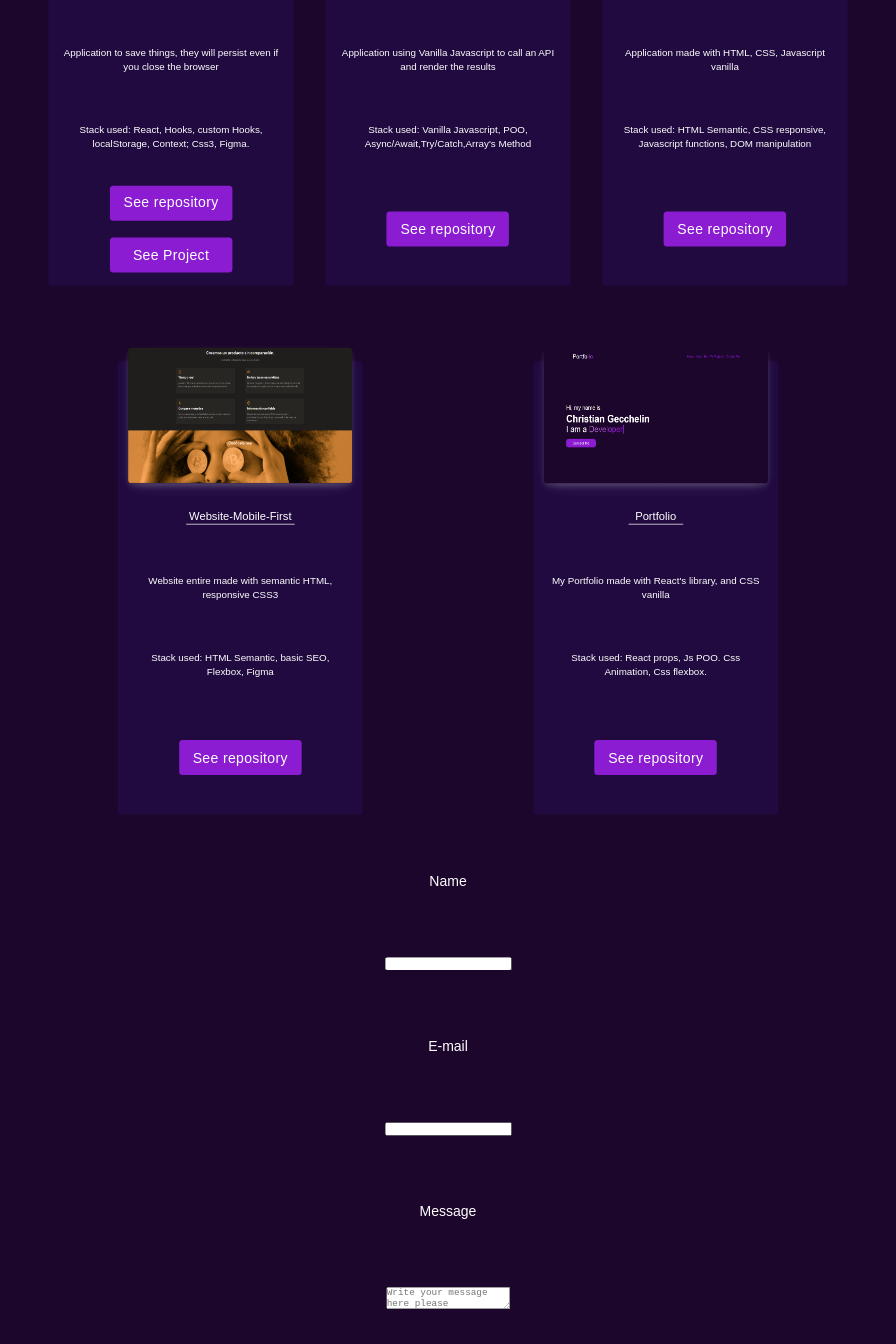
Repository: ChristianGecchelin/portfolio-web
Page: /
These files come from the project's save history. The page is drawn as it stood at one moment and after the next save; the edit follows.
The browser window is 1280 px wide. The pictures show the part of the page from y = 1715 to 3635 px (the page is 3635 px tall), at 70% of full size.
The project was rebuilt for these pictures with package versions that can differ from the ones it lists, and the page was loaded fresh each time.

Above is the page before, as saved 2022-01-22 17:12:46.

### public/index.html
<!DOCTYPE html>
<html lang="en">
  <head>
    <meta charset="utf-8" />
    <link rel="icon" href="%PUBLIC_URL%/favicon.ico" />
    <meta name="viewport" content="width=device-width, initial-scale=1" />
    <meta name="theme-color" content="#000000" />
    <meta name="description" content="Portfolio Online Christian Gecchelin" />
    <link rel="apple-touch-icon" href="%PUBLIC_URL%/logo192.png" />

    <link rel="manifest" href="%PUBLIC_URL%/manifest.json" />

    <title>Portfolio Christian</title>
  </head>
  <body>
    <noscript>You need to enable JavaScript to run this app.</noscript>
    <div id="root"></div>
  </body>
</html>

### src/index.js
import React from "react";
import ReactDOM from "react-dom";

import App from "./App/index";
import "./index.css";
ReactDOM.render(<App />, document.getElementById("root"));

### src/App/index.js
import { AppUI } from "./AppUI";
import "./App.css";

function App() {
  return <AppUI></AppUI>;
}

export default App;

### src/index.css
* {
  box-sizing: border-box;
  margin: 0;
  padding: 0;
}
html {
  font-size: 62.5%;
  font-family: "DM Sans", sans-serif;
}
body {
  background: #1d062b;
  width: 100%;
  height: 100vh;
}

### src/App/AppUI.js
import React from "react";
import { Header } from "../Header/Index.js";
import { Home } from "../Home/Index.js";
import { AboutMe } from "../AboutMe/index.js";
import { MyProjects } from "../MyProjects/index.js";
import { ContactMe } from "../ContactMe/index.js";
import "./App.css";

function AppUI() {
  return (
    <>
      <Header />
      <Home />
      <AboutMe />
      <MyProjects />
      <ContactMe />
    </>
  );
}
export { AppUI };

### src/Header/Index.js
import React from "react";
import { NavBar } from "./NavBar";
import "./header.css";

function Header() {
  return (
    <header>
      <h1>
        Portfo<span>lio.</span>
      </h1>
      <NavBar />
    </header>
  );
}
export { Header };

### src/Home/Index.js
import React from "react";
import "./Home.css";
function Home() {
  return (
    <section className="Home-container">
      <div className="text-container">
        <p className="first-lineText">Hi, my name is</p>
        <p className="principal-lineText">Christian Gecchelin</p>
        <p className="secondary-lineText">I am a</p>
        <div className="span-container">
          <span data-text="Developer">Developer </span>
        </div>
      </div>
      <button type="button" className="contact-button">
        Contact Me
      </button>
    </section>
  );
}
export { Home };

### src/AboutMe/index.js
import React from "react";
import "./AboutMe.css";
import profile from "../Assets/profile.jpg";
function AboutMe() {
  return (
    <section className="AboutMe-container">
      <div className="image-container">
        <img
          className="image"
          src={profile}
          alt="Christian Gecchelin"
          title="Christian Gecchelin"
        ></img>
      </div>
      <div className="information-container">
        <p className="">
          Hi I'm Christian, I am a <b>ReactJs</b> junior developer. You can see
          all my projects in the next slide. I have project based on frontEnd
          technologies like HTML5, CSS3, vanilla JavaScript and also ReactJs.
          I'm looking for my first professional experience as an employee.
        </p>
        <button>Curriculum</button>
      </div>
    </section>
  );
}
export { AboutMe };

### src/MyProjects/index.js
import React from "react";
import ToDoApp from "../Assets/to-do-app.png";
import Rick from "../Assets/rick.png";
import Calculator from "../Assets/calculator.png";
import Mobile from "../Assets/mobile.png";
import Portfolio from "../Assets/portfolio.png";
import "./MyProjects.css";
function MyProjects() {
  return (
    <section className="project-section">
      <div className="vh-container">
        <div className="project-card">
          <img
            className="card-image"
            src={ToDoApp}
            alt="ToDoAppImage"
            title="ToDoAppImage"
          ></img>
          <div className="card-text-container">
            <h3 className="card-title">To-Do-App</h3>
            <p className="card-text">
              Application to save things, they will persist even if you close
              the browser
            </p>
            <p className="card-text">
              Stack used: React, Hooks, custom Hooks, localStorage, Context;
              Css3, Figma.
            </p>
          </div>
          <div className="button-container">
            <button>See repository</button>
            <button>See Project</button>
            {/* Crear componentes botones */}
          </div>
        </div>
      </div>
      <div className="vh-container">
        <div className="project-card">
          <img
            className="card-image"
            src={Rick}
            alt="ToDoAppImage"
            title="ToDoAppImage"
          ></img>
          <div className="card-text-container">
            <h3 className="card-title xl">Rick And Morty</h3>
            <p className="card-text">
              Application using Vanilla Javascript to call an API and render the
              results
            </p>
            <p className="card-text">
              Stack used: Vanilla Javascript, POO, Async/Await,Try/Catch,Array's
              Method
            </p>
          </div>
          <div className="button-container">
            <button>See repository</button>
            {/* Crear componentes botones */}
          </div>
        </div>
      </div>
      <div className="vh-container">
        <div className="project-card">
          <img
            className="card-image"
            src={Calculator}
            alt="ToDoAppImage"
            title="ToDoAppImage"
          ></img>
          <div className="card-text-container">
            <h3 className="card-title">Calculator</h3>
            <p className="card-text">
              Application made with HTML, CSS, Javascript vanilla
            </p>
            <p className="card-text">
              Stack used: HTML Semantic, CSS responsive, Javascript functions,
              DOM manipulation
            </p>
          </div>
          <div className="button-container">
            <button>See repository</button>
            {/* Crear componentes botones */}
          </div>
        </div>
      </div>
      <div className="vh-container">
        <div className="project-card">
          <img
            className="card-image"
            src={Mobile}
            alt="ToDoAppImage"
            title="ToDoAppImage"
          ></img>
          <div className="card-text-container">
            <h3 className="card-title xl">Website-Mobile-First</h3>
            <p className="card-text">
              Website entire made with semantic HTML, responsive CSS3
            </p>
            <p className="card-text">
              Stack used: HTML Semantic, basic SEO, Flexbox, Figma
            </p>
          </div>
          <div className="button-container">
            <button>See repository</button>
            {/* Crear componentes botones */}
          </div>
        </div>
      </div>
      <div className="vh-container">
        <div className="project-card">
          <img
            className="card-image"
            src={Portfolio}
            alt="Portfolio"
            title="Portfolio"
          ></img>
          <div className="card-text-container">
            <h3 className="card-title">Portfolio</h3>
            <p className="card-text">
              My Portfolio made with React's library, and CSS vanilla
            </p>
            <p className="card-text">
              Stack used: React props, Js POO. Css Animation, Css flexbox.
            </p>
          </div>
          <div className="button-container">
            <button>See repository</button>
            {/* Crear componentes botones */}
          </div>
        </div>
      </div>
    </section>
  );
}
export { MyProjects };

### src/ContactMe/index.js
import React from "react";
import "./ContactMe.css";
function ContactMe() {
  return (
    <section className="ContactMe-container">
      <div className="form-container">
        <form>
          <label>Name</label>
          <input type={"text"}></input>
          <label>E-mail</label>
          <input type={"email"}></input>
          <label>Message</label>
          <textarea placeholder="Write your message here please"></textarea>
        </form>
      </div>
      <div className="socialNetwork-container">
        <div className="card-container">
          <img></img>
        </div>
        <div className="card-container">
          <img></img>
        </div>
        <div className="card-container">
          <img></img>
        </div>
      </div>
    </section>
  );
}
export { ContactMe };

### src/Header/NavBar/index.js
import React from "react";
import { MobileNavigation } from "./MobileNavigation";
import { Navigation } from "./Navigation";
import "./NavBar.css";
function NavBar() {
  return (
    <div className="NavBar">
      <MobileNavigation />
      <Navigation />
    </div>
  );
}
export { NavBar };

### src/Header/header.css
header {
  display: flex;
  flex-direction: row;
  justify-content: space-around;
  align-items: center;
  gap: 5%;
  width: 100%;
  height: 15vh;
}
header h1 {
  margin: 0;
  width: 20%;
  min-width: 200px;
  font-size: 3.5rem;
  letter-spacing: 1px;
  font-weight: 500;
  color: #fff;
}
header h1 span {
  background: linear-gradient(147deg, #ce93d8 0%, #8c1cd1 74%);
  background-clip: text;
  color: transparent;
  font-weight: 500;
}
@media (max-width: 750px) {
  header {
    justify-content: center;
    gap: 0;
  }
}

### src/Home/Home.css
.Home-container {
  position: relative;
  display: flex;
  flex-direction: column;
  justify-content: center;
  align-items: flex-start;
  width: 80%;
  min-width: 280px;
  height: 85vh;
  margin: 0 auto;
  gap: 30px;
}
.Home-container .text-container {
  display: flex;
  flex-direction: row;
  align-items: flex-start;
  flex-wrap: wrap;
  width: 100%;
  height: auto;
  text-align: left;
}
.Home-container .text-container .first-lineText {
  width: 100%;
  font-size: 3.5rem;
  font-weight: 500;
  line-height: 6rem;
  color: #fff;
}
.Home-container .text-container .principal-lineText {
  width: 100%;
  font-size: 6rem;
  font-weight: 700;
  color: #fff;
}
.Home-container .text-container .secondary-lineText {
  font-size: 5rem;
  font-weight: 500;
  color: #fff;
  line-height: 5.2rem;
}
.span-container {
  position: relative;
  display: inline-block;
  margin-left: 15px;
  height: 52px;
}
.Home-container .text-container span {
  /* color: #1d062b;
  -webkit-text-stroke: 0.3vw yellow; */
  font-size: 5rem;
  font-weight: 500;
  line-height: 5.2rem;
  color: #1d062b;
}
.Home-container .text-container span::before {
  content: attr(data-text);
  position: absolute;
  top: 0;
  left: 0px;
  width: 0;
  height: 100%;
  padding-right: 3.9px;
  background: linear-gradient(147deg, #ce93d8 0%, #8c1cd1 74%);
  background-clip: text;
  color: transparent;
  border-right: 5px solid #8c1cd1;
  overflow: hidden;
  animation: animate 6s linear infinite;
}
.Home-container .contact-button {
  outline: none;
  width: 200px;
  height: 50px;
  background: #8c1cd1;
  border: none;
  border-radius: 15px;
  color: white;
  font-size: 2rem;
  letter-spacing: 1px;
  cursor: pointer;
}
@keyframes animate {
  0%,
  10%,
  100% {
    width: 0%;
  }
  70%,
  90% {
    width: 100%;
  }
}
@media (max-width: 769px) {
  .Home-container {
    align-items: center;
  }
  .Home-container .text-container {
    justify-content: center;
    text-align: center;
    align-items: center;
  }
}

### src/AboutMe/AboutMe.css
.AboutMe-container {
  display: flex;
  flex-direction: row;
  justify-content: center;
  align-items: center;
  flex-wrap: wrap;
  width: 90%;
  min-width: 300px;
  height: 100vh;
  margin: 0 auto;
}
.AboutMe-container .image-container {
  width: 50%;
  height: 50%;
  min-width: 320px;
}
.AboutMe-container .image-container .image {
  object-fit: cover;
  width: 100%;
  height: 100%;
}
.AboutMe-container .information-container {
  display: flex;
  flex-direction: column;
  justify-content: center;
  align-items: center;
  width: 50%;
  height: 50%;
  min-width: 320px;
  text-align: justify;
  gap: 30px;
}
.AboutMe-container .information-container p {
  font-size: 1.6rem;
  line-height: 2.2rem;
  font-weight: 400;
  color: #fff;
}
.AboutMe-container .information-container button {
  width: 200px;
  height: 50px;
  background: #8c1cd1;
  border: none;
  border-radius: 15px;
  color: white;
  font-size: 2rem;
  letter-spacing: 1px;
  cursor: pointer;
  margin: 0 auto;
}
@media (min-width: 700px) {
  .AboutMe-container {
    gap: 20px;
    flex-wrap: nowrap;
  }
  .AboutMe-container .image-container {
    width: 45%;
    height: 100%;
  }
  .AboutMe-container .information-container {
    height: 100%;
  }
}

### src/MyProjects/MyProjects.css
.project-section {
  display: flex;
  flex-direction: row;
  flex-wrap: wrap;
  align-items: center;
  justify-content: center;
  height: auto;
  min-width: 320px;
  margin: 0 auto;
}
.project-section .vh-container {
  display: flex;
  flex-direction: row;
  flex-wrap: wrap;
  align-items: center;
  justify-content: center;
  height: 100vh;
  min-width: 320px;
  margin: 0 auto;
}
.project-section .vh-container .project-card {
  position: relative;
  display: flex;
  flex-direction: column;
  justify-content: flex-start;
  align-items: center;
  max-width: 350px;
  min-width: 320px;
  height: 100vh;
  background: rgba(49, 27, 146, 0.2);
  text-align: center;
  gap: 5%;
}
.project-section .vh-container .project-card .card-image {
  width: 320px;
  height: 30%;
  object-fit: fill;
  box-shadow: 0px 8px 18px -9px rgba(255, 255, 255, 0.3),
    0px 4px 8px rgba(255, 255, 255, 0.1);
}
.project-section .vh-container .project-card .card-text-container {
  display: flex;
  flex-direction: column;
  align-items: center;
  justify-content: center;
  gap: 70px;
  height: 35%;
}
.project-section .vh-container .project-card .card-text-container .card-title {
  width: 25%;
  margin: 0 auto;
  font-size: 1.6rem;
  line-height: 2rem;
  font-weight: 500;
  color: #fff;
  border-bottom: 1px solid white;
}
.project-section .vh-container .project-card .card-text-container .xl {
  width: 50%;
}
.project-section .vh-container .project-card .card-text-container .card-text {
  font-size: 1.4rem;
  line-height: 2rem;
  font-weight: 400;
  color: #fff;
}

.project-section .vh-container .project-card .button-container {
  display: flex;
  flex-direction: column;
  align-items: center;
  justify-content: center;
  width: 100%;
  height: 25%;
  gap: 15%;
}
.project-section .vh-container .project-card .button-container button {
  height: 50px;
  width: 50%;
  min-width: 175px;
  padding: 5px 10px;
  outline: none;
  border: none;
  border-radius: 5px;
  color: #fff;
  background: #8c1cd1;
  font-size: 2rem;
  letter-spacing: 0.5px;
  cursor: pointer;
}
@media (min-width: 700px) {
  .project-section {
    justify-content: space-around;
    width: 90%;
    gap: 35px;
  }
  .project-section .vh-container .project-card {
    height: 90%;
    position: relative;
    justify-content: flex-end;
    border-radius: 5px;
  }
  .project-section .vh-container .project-card .card-image {
    position: absolute;
    top: calc(-3%);
    border-radius: 5px;
  }
  .project-section .vh-container .project-card .card-text-container {
    height: 241px;
    padding: 0 20px;
  }
}

### src/ContactMe/ContactMe.css
.ContactMe-container {
  display: flex;
  flex-direction: row;
  flex-wrap: wrap;
  align-items: center;
  justify-content: center;
  height: 100vh;
  width: 100%;
  min-width: 320px;
}
.ContactMe-container .form-container {
  height: 100vh;
  min-width: 320px;
  width: 45%;
  text-align: center;
}
.ContactMe-container .form-container form {
  display: flex;
  flex-direction: column;
  align-items: center;
  justify-content: space-around;
  width: 100%;
  height: 100%;
}
.ContactMe-container .form-container form label {
  color: #fff;
  font-size: 2rem;
  line-height: 2.2rem;
}

### src/Header/NavBar/MobileNavigation.js
import React, { useState } from "react";
import "./NavBar.css";
import { NavLinks } from "./NavLinks";
import { TiThMenu } from "react-icons/ti";
function MobileNavigation() {
  const [open, setOpen] = useState(false);
  const closeMobileMenu = () => setOpen(false);
  return (
    <nav className="MobileNavigation">
      <TiThMenu className="hamburguer" onClick={() => setOpen(!open)} />
      {open && <NavLinks isMobile={true} closeMobileMenu={closeMobileMenu} />}
    </nav>
  );
}
export { MobileNavigation };

### src/Header/NavBar/Navigation.js
import React from "react";
import "./NavBar.css";
import { NavLinks } from "./NavLinks";
function Navigation() {
  return (
    <nav className="Navigation">
      <NavLinks />
    </nav>
  );
}
export { Navigation };

### src/Header/NavBar/NavBar.css
.NavBar .MobileNavigation {
  display: none;
}
.NavBar .Navigation {
  display: flex;
  align-items: center;
}
.NavBar nav ul {
  display: flex;
  flex-direction: row;
  justify-content: flex-end;
  gap: 15px;
  text-align: center;
  list-style: none;
}
.NavBar nav ul li a {
  font-size: 1.8rem;
  font-weight: 500;
  line-height: 2rem;
  text-decoration: none;
  color: #8c1cd1;
}
a:visited {
  color: #8c1cd1;
}
.NavBar nav ul li a:hover {
  color: #fff;
}
@media (max-width: 750px) {
  .NavBar .Navigation {
    display: none;
  }
  .NavBar .MobileNavigation {
    display: flex;
    align-items: center;
  }
  .NavBar .MobileNavigation .hamburguer {
    position: absolute;
    color: #fff;
    height: 2rem;
    width: 2rem;
    cursor: pointer;
    z-index: 2;
  }
  .NavBar nav ul {
    display: flex;
    flex-direction: column;
    justify-content: center;
    gap: 10px;
    position: absolute;
    margin: 0;
    top: 0;
    right: 0;
    width: 100%;
    height: 100vh;
    background: rgba(0, 0, 0, 0.95);
    text-align: center;
    z-index: 1;
  }
  .NavBar nav ul li a {
    font-size: 2.4rem;
    font-weight: 500;
    line-height: 2.5rem;
    text-decoration: none;
    letter-spacing: 1px;
  }
  a:visited {
    color: #8c1cd1;
  }
}

### src/Header/NavBar/NavLinks.js
import React from "react";
import "./NavBar.css";
import { motion } from "framer-motion";
function NavLinks(props) {
  const animateFrom = { opacity: 0, y: -40 };
  const animateTo = { opacity: 1, y: 0 };
  return (
    <ul>
      <motion.li
        initial={animateFrom}
        animate={animateTo}
        transition={{ delay: 0.05 }}
        onClick={() => props.isMobile && props.closeMobileMenu()}
      >
        <a href="#home">Home</a>
      </motion.li>
      <motion.li
        initial={animateFrom}
        animate={animateTo}
        transition={{ delay: 0.1 }}
        onClick={() => props.isMobile && props.closeMobileMenu()}
      >
        <a href="#aboutMe">About Me</a>
      </motion.li>
      <motion.li
        initial={animateFrom}
        animate={animateTo}
        transition={{ delay: 0.2 }}
        onClick={() => props.isMobile && props.closeMobileMenu()}
      >
        <a href="#myProjects">My Projects</a>
      </motion.li>
      <motion.li
        initial={animateFrom}
        animate={animateTo}
        transition={{ delay: 0.3 }}
        onClick={() => props.isMobile && props.closeMobileMenu()}
      >
        <a href="#contactMe">Contact Me</a>
      </motion.li>
    </ul>
  );
}
export { NavLinks };

Loaded but not shown: src/App/App.css (common file)

After the next save:
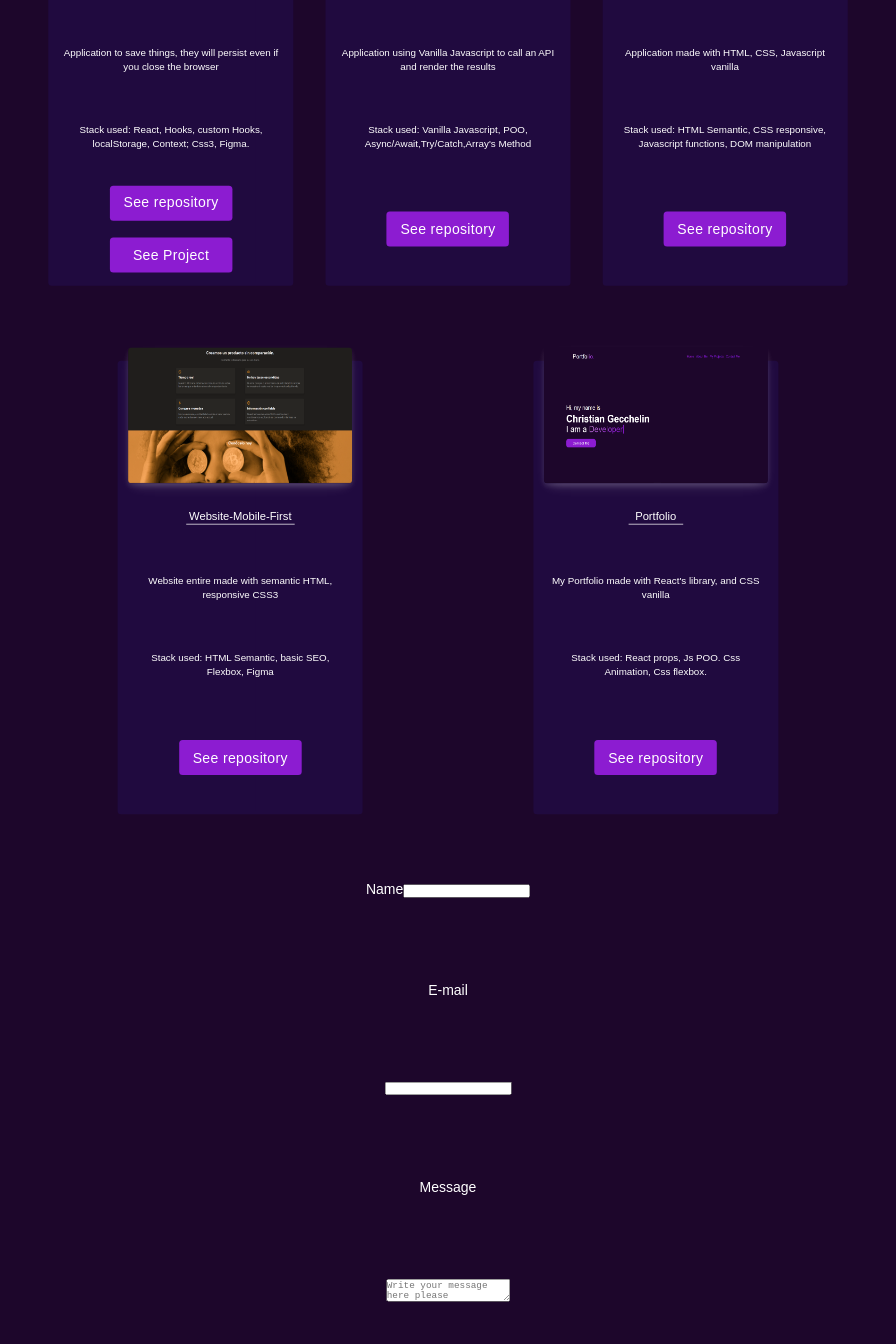
Saved 52 s later.
--- a/src/ContactMe/index.js
+++ b/src/ContactMe/index.js
@@ -5,8 +5,10 @@
     <section className="ContactMe-container">
       <div className="form-container">
         <form>
-          <label>Name</label>
-          <input type={"text"}></input>
+          <div>
+            <label>Name</label>
+            <input type={"text"}></input>
+          </div>
           <label>E-mail</label>
           <input type={"email"}></input>
           <label>Message</label>
